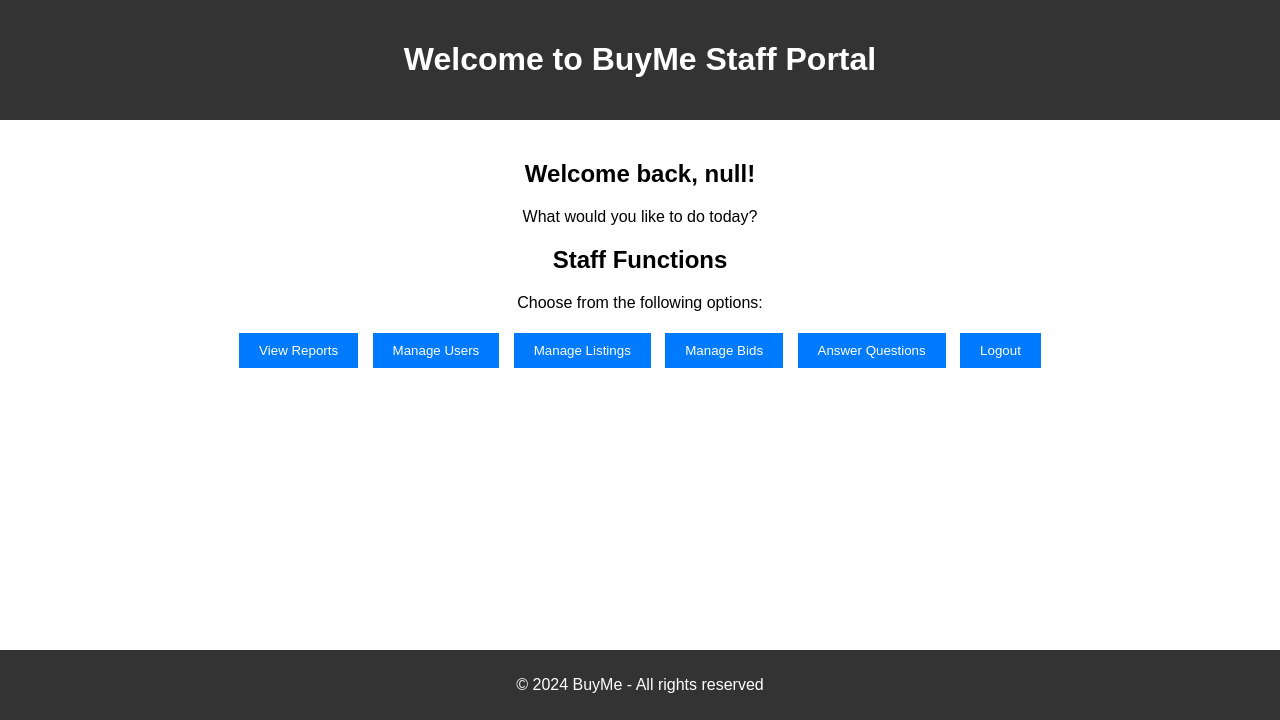
Repository: christot20/BuyMe
Page: http://localhost/336EbayAuction/StaffMode.jsp
The author's editor kept a copy of each file at every save. The page is drawn from the files as they stood at one save, then again after the next save.
The browser window is 1280 px wide. The pictures show the whole page.
The page is served by Tomcat 9. Other server files are loaded and not shown.

Above is the page before, as saved 2024-05-04 04:27:00.

### 336EbayAuction/src/main/webapp/StaffMode.jsp
<%@ page language="java" contentType="text/html; charset=ISO-8859-1" pageEncoding="ISO-8859-1"%>
<%@ page import="java.time.LocalDate" %>
<!DOCTYPE html>
<html lang="en">
<head>
    <meta charset="UTF-8">
    <meta name="viewport" content="width=device-width, initial-scale=1.0">
    <title>Welcome to BuyMe Staff Portal</title>
    <style>
        body {
            font-family: Arial, sans-serif;
            margin: 0;
            padding: 0;
        }
        header {
            background-color: #333;
            color: #fff;
            text-align: center;
            padding: 20px 0;
        }
        main {
            padding: 20px;
            text-align: center;
        }
        section {
            margin-bottom: 20px;
        }
        footer {
            background-color: #333;
            color: #fff;
            text-align: center;
            padding: 10px 0;
            position: fixed;
            bottom: 0;
            width: 100%;
        }
        button {
            background-color: #007bff;
            color: #fff;
            border: none;
            padding: 10px 20px;
            cursor: pointer;
            margin: 5px;
        }
        button:hover {
            background-color: #0056b3;
        }
    </style>
</head>
<body>
    <header>
        <h1>Welcome to BuyMe Staff Portal</h1>
    </header>
    <main>
        <section>
            <h2>Welcome back, <% out.print(session.getAttribute("username")); %>!</h2>
            <p>What would you like to do today?</p>
        </section>
        <section>
            <h2>Staff Functions</h2>
            <p>Choose from the following options:</p>
            <button onclick="window.location.href='#'">View Reports</button>
            <button onclick="window.location.href='AdminManageUsers.jsp'">Manage Users</button>
            <button onclick="window.location.href='AdminManageListings.jsp'">Manage Listings</button>
            <button onclick="window.location.href='AdminManageBids.jsp'">Manage Bids</button>
            <button onclick="window.location.href='Questions.jsp'">Answer Questions</button>
            <button onclick="window.location.href='logout.jsp'">Logout</button>
            <!-- Add more buttons for additional staff functionalities -->
        </section>
    </main>
    <footer>
        <p>&copy; 2024 BuyMe - All rights reserved</p>
    </footer>

</body>
</html>

After the next save:
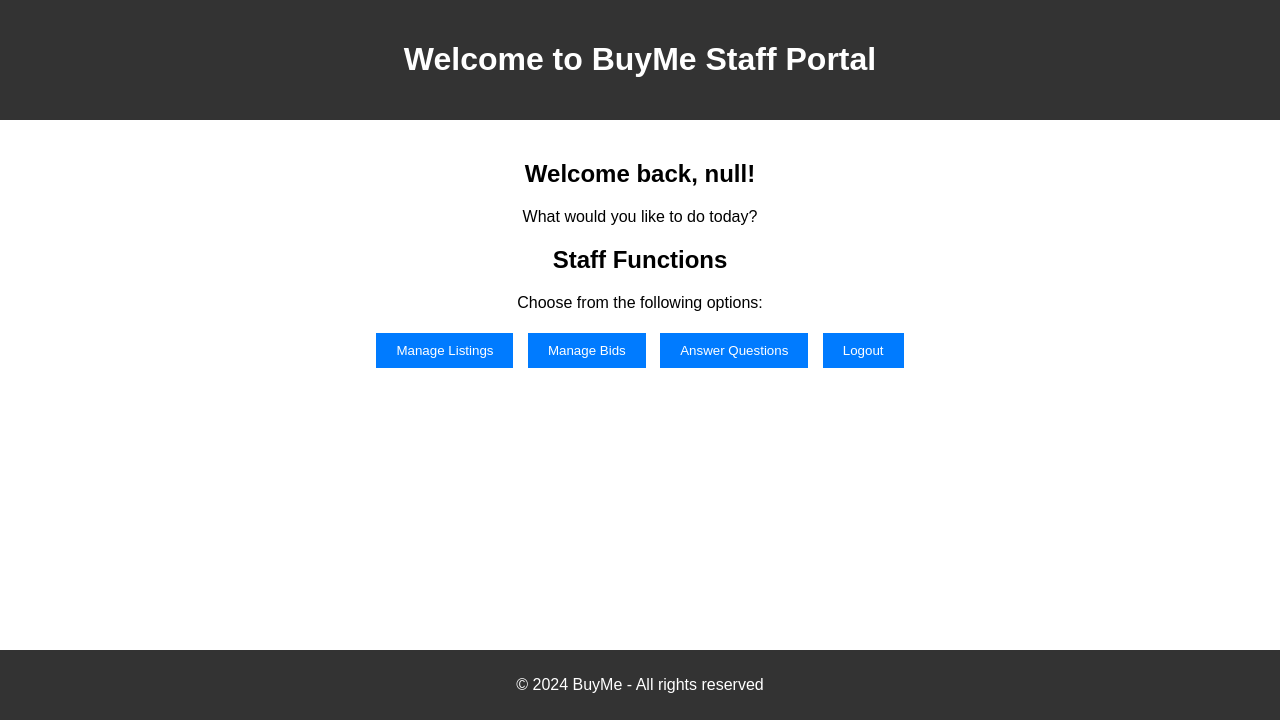
Saved 24 s later.
--- a/336EbayAuction/src/main/webapp/StaffMode.jsp
+++ b/336EbayAuction/src/main/webapp/StaffMode.jsp
@@ -59,8 +59,6 @@
         <section>
             <h2>Staff Functions</h2>
             <p>Choose from the following options:</p>
-            <button onclick="window.location.href='#'">View Reports</button>
-            <button onclick="window.location.href='AdminManageUsers.jsp'">Manage Users</button>
             <button onclick="window.location.href='AdminManageListings.jsp'">Manage Listings</button>
             <button onclick="window.location.href='AdminManageBids.jsp'">Manage Bids</button>
             <button onclick="window.location.href='Questions.jsp'">Answer Questions</button>

After the save that followed:
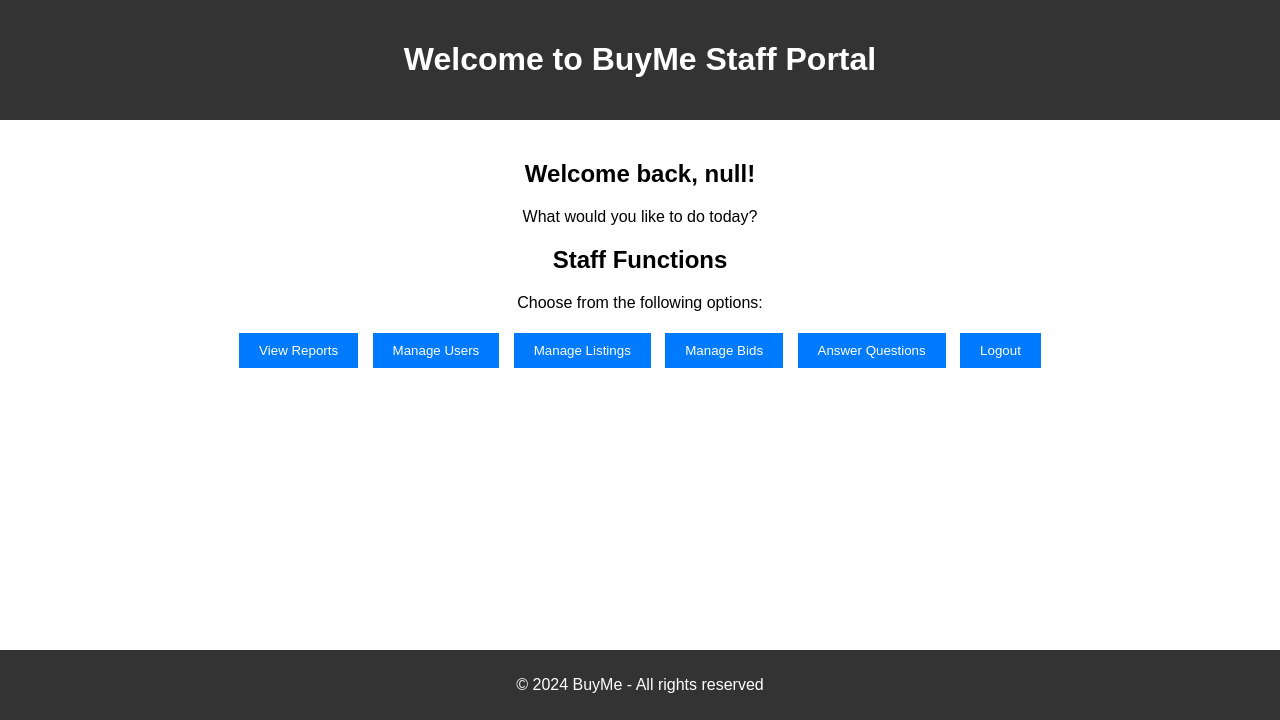
Saved 43 s later.
--- a/336EbayAuction/src/main/webapp/StaffMode.jsp
+++ b/336EbayAuction/src/main/webapp/StaffMode.jsp
@@ -59,6 +59,8 @@
         <section>
             <h2>Staff Functions</h2>
             <p>Choose from the following options:</p>
+            <button onclick="window.location.href='#'">View Reports</button>
+            <button onclick="window.location.href='StaffManageUsers.jsp'">Manage Users</button>
             <button onclick="window.location.href='AdminManageListings.jsp'">Manage Listings</button>
             <button onclick="window.location.href='AdminManageBids.jsp'">Manage Bids</button>
             <button onclick="window.location.href='Questions.jsp'">Answer Questions</button>
